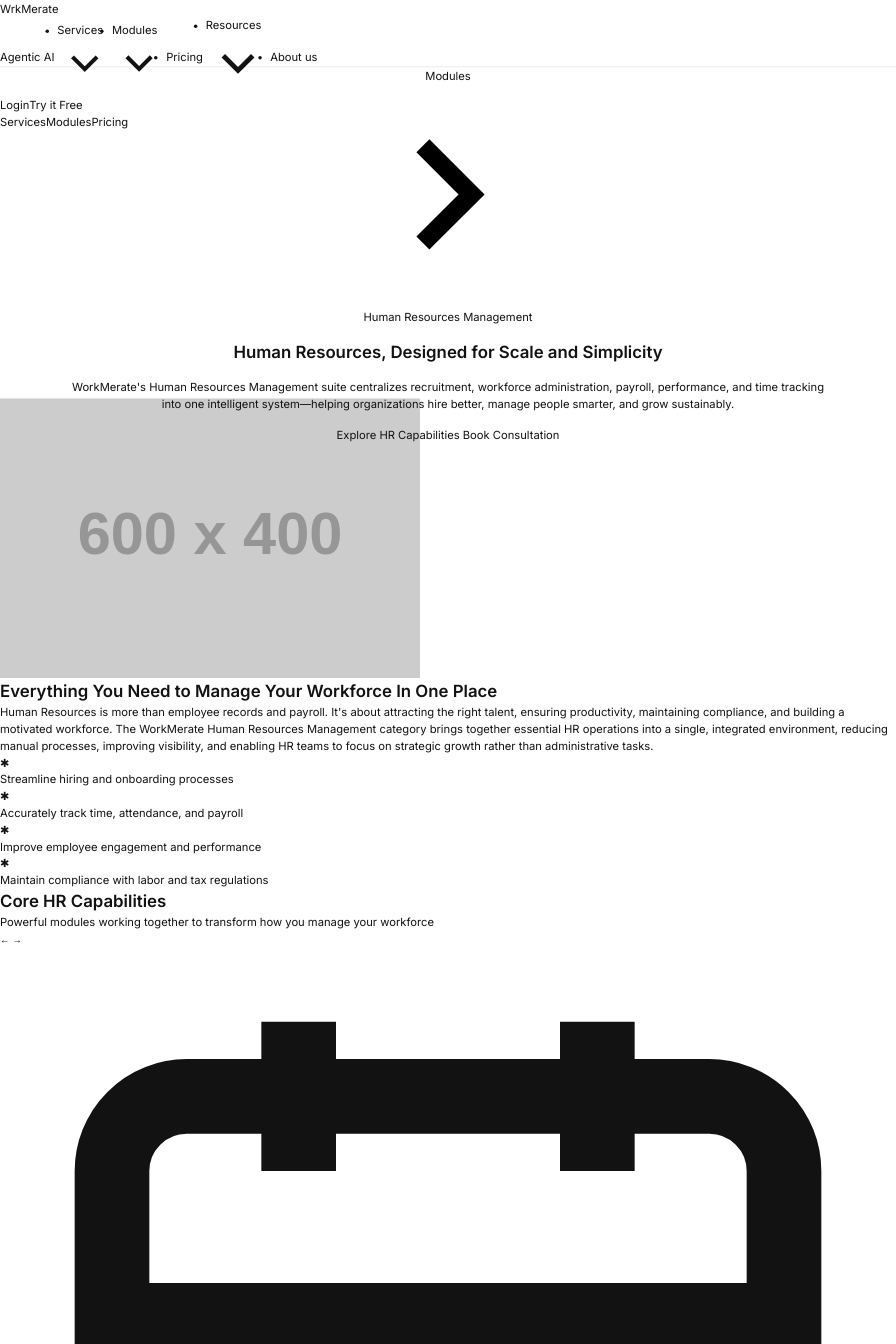
Repository: Opawumi/work_merate
Page: hr.html
An editor plug-in stored every save of this project. The page is shown before and after the next save, followed by the edit.
The browser window is 1280 px wide. The pictures show the part of the page from y = 0 to 1920 px (the page is 13502 px tall before and 18916 px after), at 70% of full size.

Above is the page before, as saved 2026-02-02 19:12:20.

After the next save:
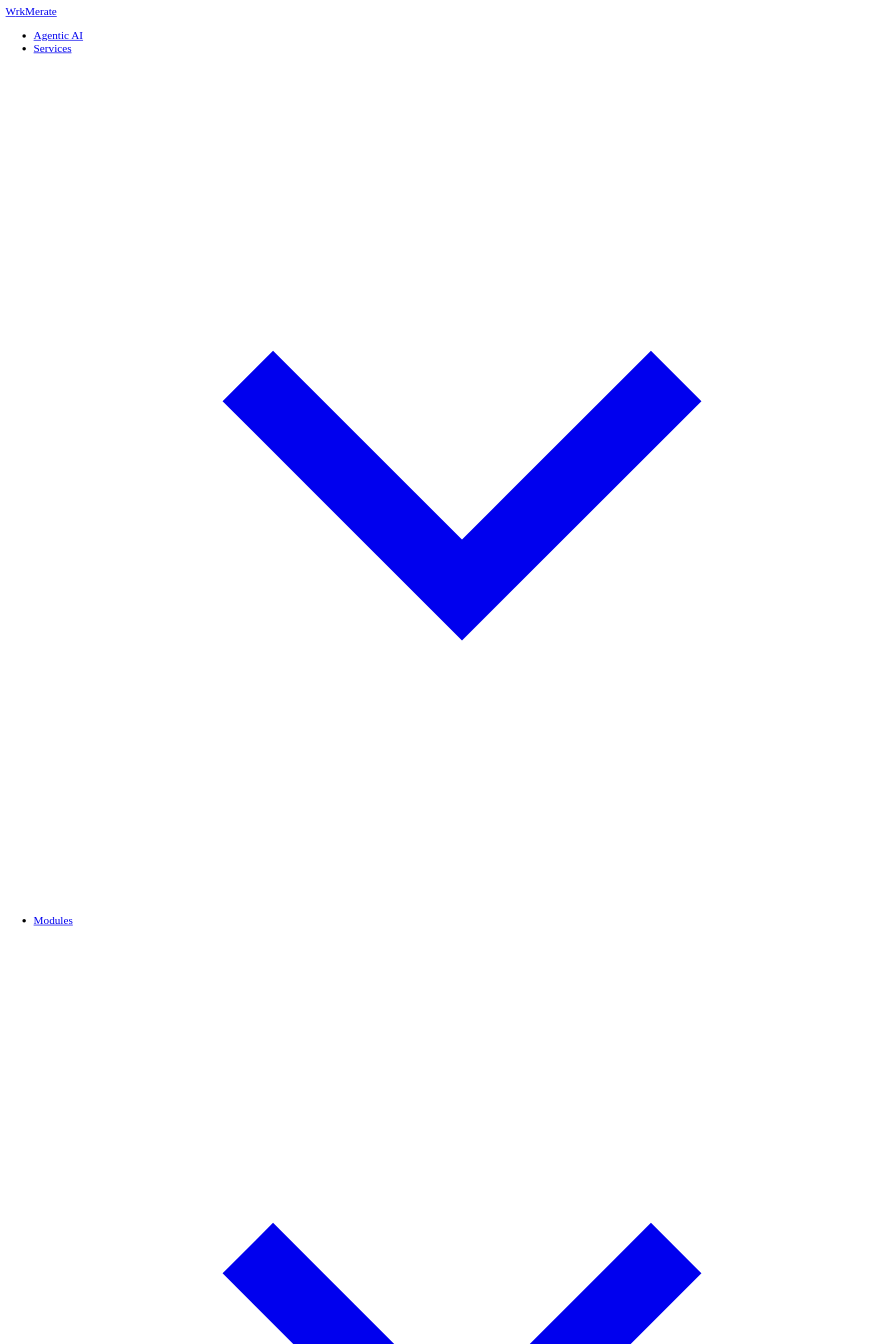
Saved 8 s later.
--- a/hr.html
+++ b/hr.html
@@ -4,7 +4,7 @@
     <meta charset="UTF-8">
     <meta name="viewport" content="width=device-width, initial-scale=1.0">
     <title>Human Resources - WorkMerate</title>
-    <link rel="stylesheet" href="style.css">
+    <link rel="stylesheet" href="hr.css">
     <link rel="preconnect" href="https://fonts.googleapis.com">
     <link rel="preconnect" href="https://fonts.gstatic.com" crossorigin>
     <link href="https://fonts.googleapis.com/css2?family=Inter:wght@400;500;600;700;800&display=swap" rel="stylesheet">
